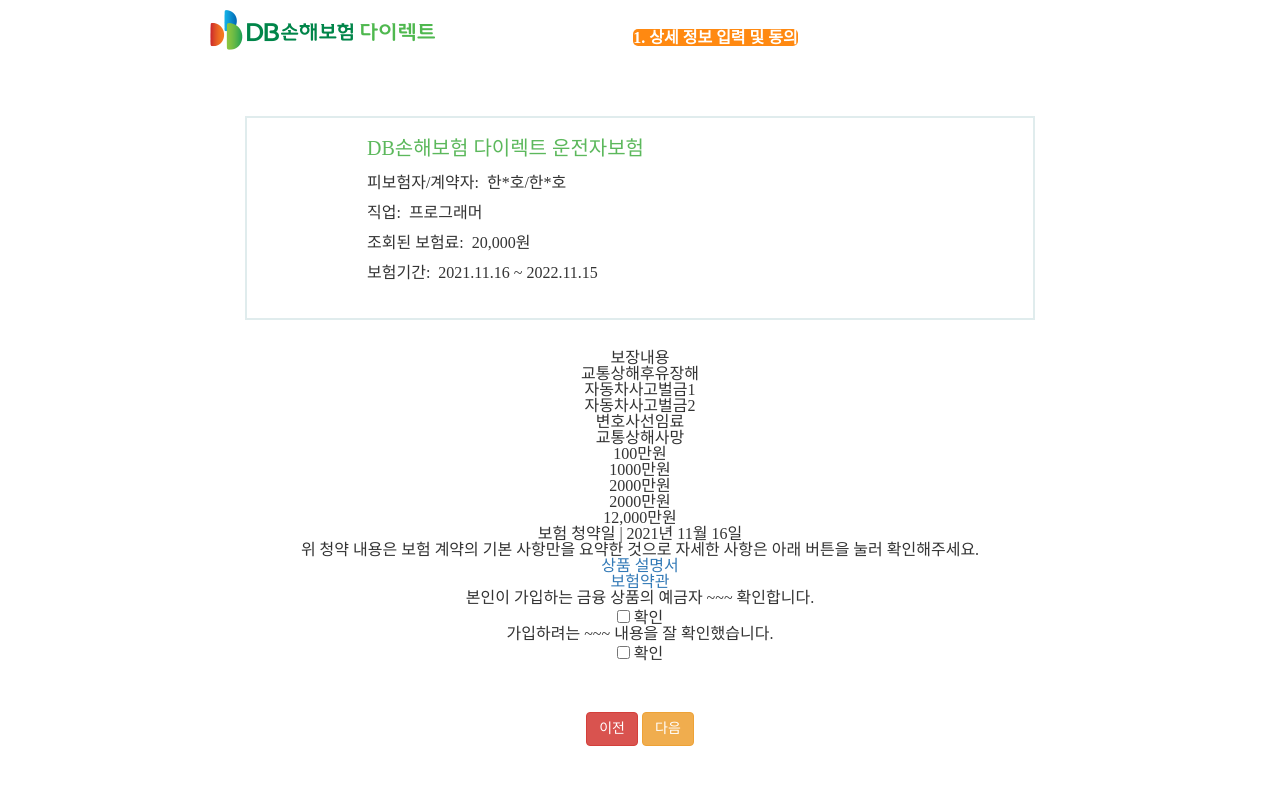
Repository: minho0324/directInsurance
Page: http://localhost/directClone/direct/details2
The author's editor kept a copy of each file at every save. The page is drawn from the files as they stood at one save, then again after the next save.
The browser window is 1280 px wide. The pictures show the whole page.
The page is served by Tomcat 9. Other server files are loaded and not shown.

Above is the page before, as saved 2021-11-18 07:04:34.

### directClone/src/main/webapp/WEB-INF/views/details2.jsp
<%@ page language="java" contentType="text/html; charset=UTF-8"
    pageEncoding="UTF-8"%>
<!DOCTYPE html>
<%@ taglib uri="http://java.sun.com/jsp/jstl/core"  prefix="c"%>
<html>
<head>
<meta charset="UTF-8">
<title>details2</title>
</head>
<link rel="stylesheet" href="https://maxcdn.bootstrapcdn.com/bootstrap/3.3.2/css/bootstrap.min.css">
<script src="http://code.jquery.com/jquery-latest.js"></script>
<style>

	html, body, div, span, applet, object, iframe,
	h1, h2, h3, h4, h5, h6, p, blockquote, pre,
	a, abbr, acronym, address, big, cite, code,
	del, dfn, em, img, ins, kbd, q, s, samp,
	small, strike, strong, sub, sup, tt, var,
	b, u, i, center,
	dl, dt, dd, ol, ul, li,
	fieldset, form, label, legend,
	table, caption, tbody, tfoot, thead, tr, th, td,
	article, aside, canvas, details, embed,
	figure, figcaption, footer, header, hgroup,
	menu, nav, output, ruby, section, summary,
	time, mark, audio, video {
		margin: 0;
		padding: 0;
		border: 0;
		font-size: 100%;
		font: inherit;
		vertical-align: baseline;
	}
	/* HTML5 display-role reset for older browsers */
	article, aside, details, figcaption, figure,
	footer, header, hgroup, menu, nav, section {
		display: block;
	}
	body {
		line-height: 1;
	}
	ol, ul {
		list-style: none;
	}
	blockquote, q {
		quotes: none;
	}
	blockquote:before, blockquote:after,
	q:before, q:after {
		content: '';
		content: none;
	}

	/* 헤더 && 컨테이너 */
	.title a img {
		padding:10px;
		float:left;
		margin-left:200px;
	}

	.header .progress_bar {
		margin: 0 auto;
		text-align:center;
		dispay:inline;
		padding-top:30px;
		margin-bottom:70px;
		margin-right:300px;
	}

	.header .progress_bar span {
		font-weight:bold;
		background: #ff8911;
		color:white;
		border-radius:5px;
		width:250px;
	}

	.container {
		margin:0 auto;
		text-align:center;
		display:block;
		width:820px;
		height:100%;
	}

	/* 이전다음버튼 */
	.progress_btn {
		margin:50px 0;
		text-align:center;
	}


	.ref {
		border:2px solid #e0eced;
		margin-bottom:30px;
		line-height:20px;
	}

	.ref h1 {
		color:#5cb85c;
		font-size:20px;
	}

	.ref_inner {
		padding: 20px 120px;
		text-align:left;
	}

	.listform {
		margin:10px 0;
		line-height:30px;
	}

	.list:nth-chile(1) {
		font-weight:bold;
	}

	.list li {
		display:inline;
	}
</style>
<body>

	<!-- 헤더 -->
	<div class="headerform">
		<div class="header">
			<div class="title">
				<a href="index.jsp">
					<img src="../resources/img/logo02.png">
				</a>
				<div class="progress_bar">
					<span>1. 상세 정보 입력 및 동의</span>
				</div>
			</div>
		</div>

		<a href="<c:url value='/direct/index.jsp' />" class="btn_close"></a>
	</div>
	<!-- 헤더 끝 -->

	<div class="container">
		<div class="rows">
			<div class="refform">
				<div class="ref">
					<div class="ref_inner">
						<h1>DB손해보험 다이렉트 운전자보험</h1>
						<div class="listform">
							<ul class="list">
								<li>피보험자/계약자:&nbsp;</li>
								<li>한*호/한*호</li>
							</ul>
							<ul class="list">
								<li>직업:&nbsp;</li>
								<li>프로그래머</li>
							</ul>
							<ul class="list">
								<li>조회된 보험료:&nbsp;</li>
								<li>20,000원</li>
							</ul>
							<ul class="list">
								<li>보험기간:&nbsp;</li>
								<li>2021.11.16 ~ 2022.11.15</li>
							</ul>
						</div>
					</div>
				</div>
			</div>
			<div class="insuInfo">
				<div class="insuTitle">
					<h2>보장내용</h2>
					<div class="insuDetail">
						<ul>
							<li>교통상해후유장해</li>
							<li>자동차사고벌금1</li>
							<li>자동차사고벌금2</li>
							<li>변호사선임료</li>
							<li>교통상해사망</li>
						</ul>
						<ul>
							<li>100만원</li>
							<li>1000만원</li>
							<li>2000만원</li>
							<li>2000만원</li>
							<li>12,000만원</li>
						</ul>
					</div>
					<div class="terms">
						<p>보험 청약일 | 2021년 11월 16일</p>
						<p>위 청약 내용은 보험 계약의 기본 사항만을 요약한 것으로 자세한 사항은 아래 버튼을 눌러 확인해주세요.</p>
						<div class="termLink">
							<div class="term1">
								<a href="https://www.directdb.co.kr/common/rd/view.do">
									<span>상품 설명서</span>
								</a>
							</div>
							<div class="term2">
								<a href="https://www.directdb.co.kr/doc/pdf/terms/ltm_direct_driver2108.pdf">
									<span>보험약관</span>
								</a>
							</div>
						</div>
					</div>
					<div class="termChk">
						<ul>
							<li>본인이 가입하는 금융 상품의 예금자 ~~~ 확인합니다.</li>
						</ul>
						<label for="termChk1">
							<input type="checkbox" name="termChk1" value="Y">
							확인
						</label>
						<ul>
							<li>가입하려는 ~~~ 내용을 잘 확인했습니다.</li>
						</ul>
						<label for="termChk1">
							<input type="checkbox" name="termChk1" value="Y">
							확인
						</label>
					</div>
				</div>
			</div>
		</div>
	</div>
		<div class="progress_btn">
			<button class="prev btn btn-danger">이전</button>
			<button class="next btn btn-warning">다음</button>
		</div>

<script>

	$(function() {
		$('.prev').click(function () {
			location.href="<c:url value='/direct/details1' />";

		})
		$('.next').click(function () {
			location.href="<c:url value='/direct/payment' />";
		})
	});
</script>
</body>

</html>

After the next save:
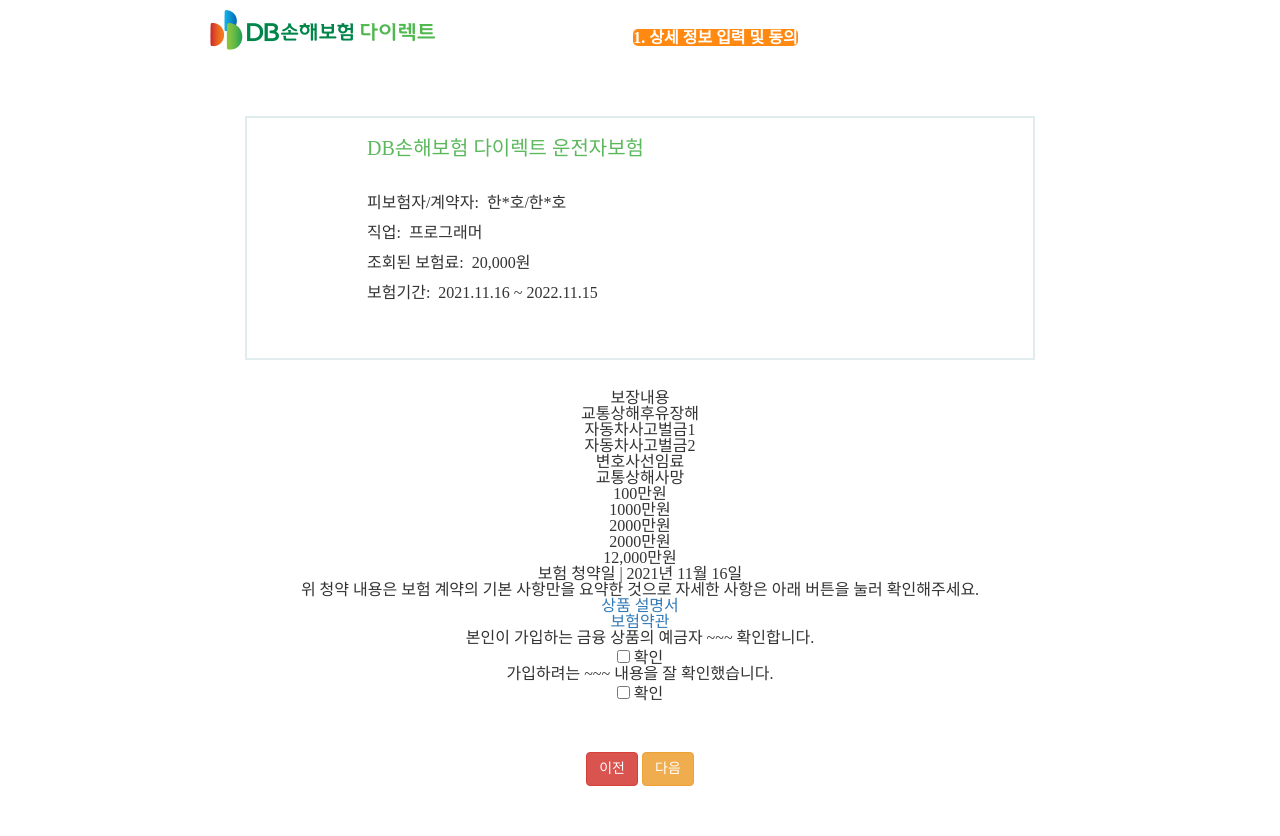
Saved 5 s later.
--- a/directClone/src/main/webapp/WEB-INF/views/details2.jsp
+++ b/directClone/src/main/webapp/WEB-INF/views/details2.jsp
@@ -107,7 +107,7 @@
 	}
 
 	.listform {
-		margin:10px 0;
+		margin:30px 0;
 		line-height:30px;
 	}
 
